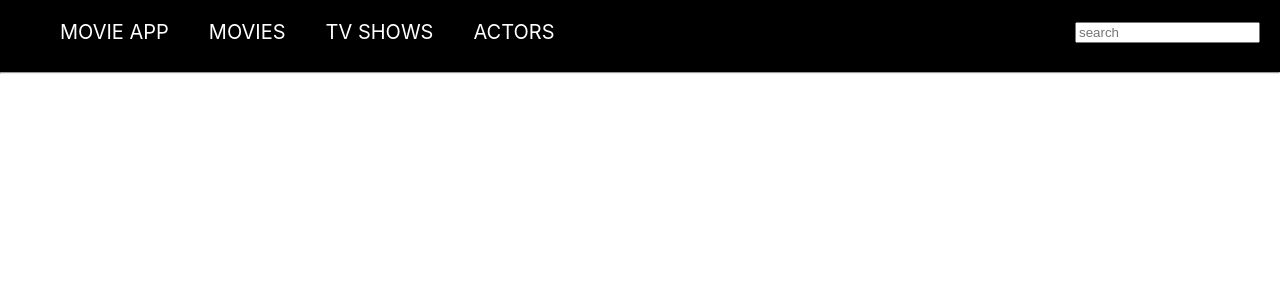
Repository: manahiang/MovieMana
Page: / (app in src/)
These files come from the project's save history. The page is drawn as it stood at one moment and after the next save; the edit follows.
The browser window is 1280 px wide. The pictures show the whole page.
The project was rebuilt for these pictures with package versions that can differ from the ones it lists, and the page was loaded fresh each time. Also part of the build but not shown: src/src/App.css.

Above is the page before, as saved 2022-11-14 10:46:31.

After the next save:
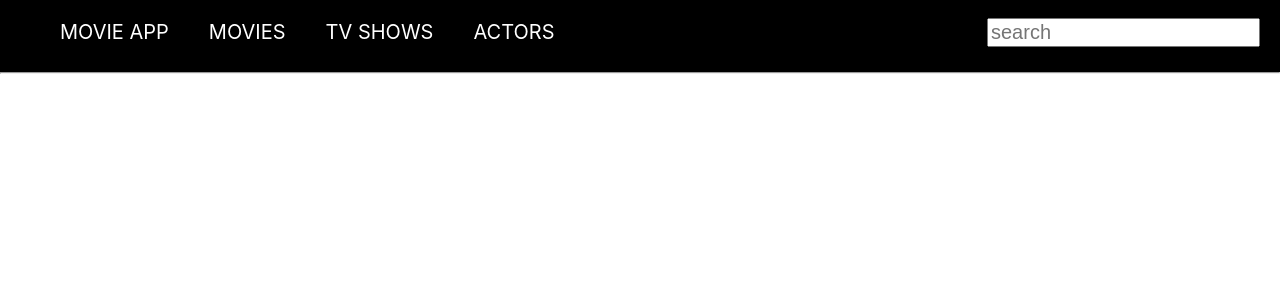
Saved 5 s later.
--- a/src/src/index.css
+++ b/src/src/index.css
@@ -30,4 +30,6 @@ body {
   display: flex;
   padding-right: 20px;
 }
-.search input
+.search input{
+  font-size: 20px;
+}
